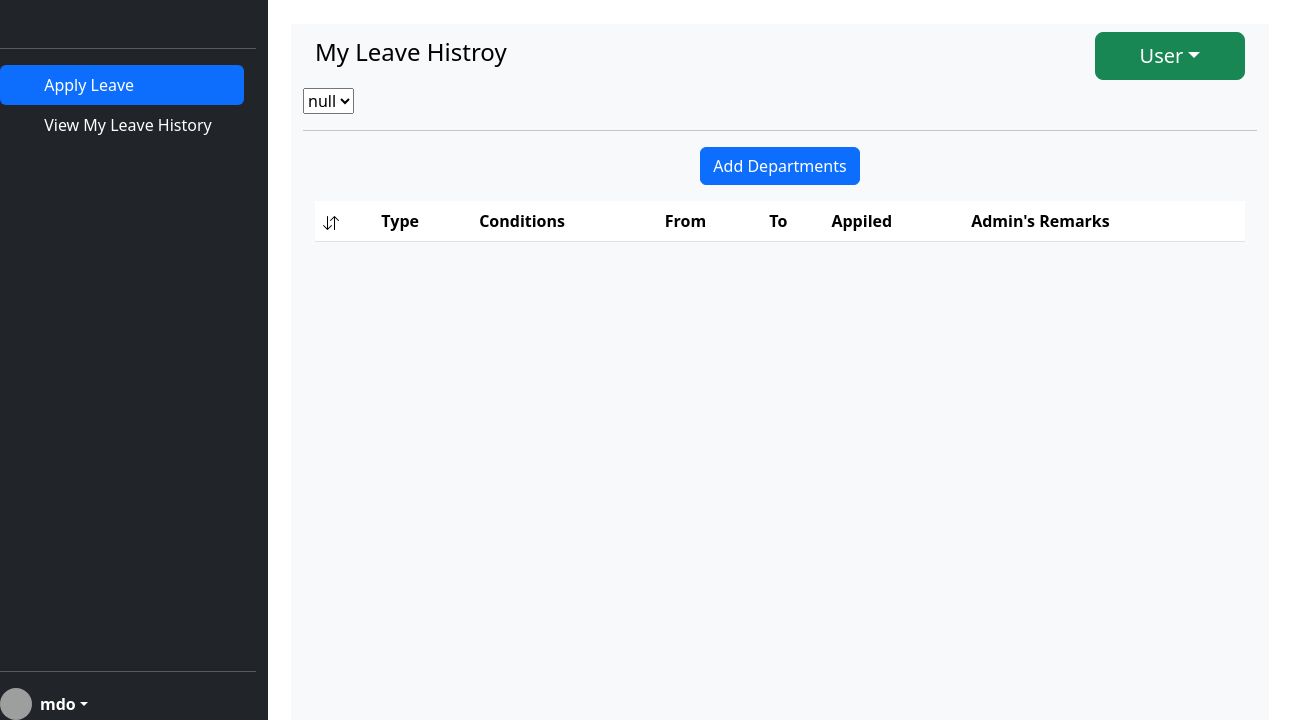
Repository: Ashish4910/Leave-Application-Management
Page: http://localhost/Employee_management/Employee/View_leave_History.jsp
An editor plug-in stored every save of this project. The page is shown before and after the next save, followed by the edit.
The browser window is 1280 px wide. The page is 1292 px wide, so the pictures cover 1292 px, including what lies to the right of the window. The pictures show the whole page.
Pictures or frames that could not be fetched are drawn as grey boxes. The page is served by Tomcat 9. Other server files are loaded and not shown. Queries for data that is not in the repository find no rows.

Above is the page before, as saved 2023-12-02 06:31:09.

### Employee Management Project/Employee_management/src/main/webapp/Employee/View_leave_History.jsp
<!doctype html>
<html lang="en">
<%@ page import="java.sql.*"%>
<head>
<meta charset="utf-8">
<meta name="viewport" content="width=device-width, initial-scale=1">
<title>Admin Dashboard</title>
<link
	href="https://cdn.jsdelivr.net/npm/bootstrap@5.3.2/dist/css/bootstrap.min.css"
	rel="stylesheet"
	integrity="sha384-T3c6CoIi6uLrA9TneNEoa7RxnatzjcDSCmG1MXxSR1GAsXEV/Dwwykc2MPK8M2HN"
	crossorigin="anonymous">
<link rel="stylesheet"
	href="https://cdnjs.cloudflare.com/ajax/libs/font-awesome/6.2.1/css/all.min.css"
	integrity="sha512-MV7K8+y+gLIBoVD59lQIYicR65iaqukzvf/nwasF0nqhPay5w/9lJmVM2hMDcnK1OnMGCdVK+iQrJ7lzPJQd1w=="
	crossorigin="anonymous" referrerpolicy="no-referrer" />

<style type="text/css">
.full-height-sidebar {
	height: 100vh;
	background-color: #111;
	color: white;
}

.custom-width {
	width: 280px;
}

.btn-wider {
	min-width: 150px; /* Adjust the width as needed */
}
}
</style>

</head>
<body>

	<div class="row">
		<div
			class="d-flex flex-column  text-bg-dark  col-lg-2 full-height-sidebar custom-width ">
			<a href="/"
				class="d-flex align-items-center mb-3 mb-md-0 me-md-auto text-white text-decoration-none">
				<svg class="bi pe-none me-2" width="40" height="32">
				<use xlink:href="#bootstrap"></use></svg> <span class="fs-4"> </span>
			</a>
			<hr>
			<ul class="nav nav-pills flex-column mb-auto container-fluid">
				<li class="nav-item"><a href="Employee_dashboard.jsp"
					class="nav-link active" aria-current="page"> <svg
							class="bi pe-none me-2" width="16" height="16">
						<use xlink:href="#home"></use></svg> Apply Leave
				</a></li>
				<li><a href="View_leave_History.jsp"
					class="nav-link text-white"> <svg class="bi pe-none me-2"
							width="16" height="16">
						<use xlink:href="#table"></use></svg> View My Leave History
				</a></li>


			</ul>
			<hr>
			<div class="dropdown">
				<a href="#"
					class="d-flex align-items-center text-white text-decoration-none dropdown-toggle"
					data-bs-toggle="dropdown" aria-expanded="false"> <img
					src="https://github.com/mdo.png" alt="" width="32" height="32"
					class="rounded-circle me-2"> <strong>mdo</strong>
				</a>
				<ul class="dropdown-menu dropdown-menu-dark text-small shadow">
					<li><a class="dropdown-item" href="#">New project...</a></li>
					<li><a class="dropdown-item" href="#">Settings</a></li>
					<li><a class="dropdown-item" href="#">Profile</a></li>
					<li><hr class="dropdown-divider"></li>
					<li><a class="dropdown-item" href="#">Sign out</a></li>
				</ul>
			</div>
		</div>

		<div class="container col-lg-9 bg-light mt-4 right-content">

			<div class="card-body">
				<nav class="navbar navbar-light bg-light">
					<div class="container-fluid">
						<a class="navbar-brand" href="#"><h4>My Leave Histroy</h4></a> <a
							class="navbar-brand" href="#"> <i
							class="fa-solid fa-arrow-up-arrow-down"></i></a>
						<!-- 	<button type="button" class="btn btn-primary"
							style="hight: 200px; width: 200px">Admin</button> -->



						<div class="dropdown nav-item ">
							<a class="btn btn-success dropdown-toggle btn-lg  btn-wider "
								href="#" role="button" data-bs-toggle="dropdown"
								aria-expanded="false">User</a>
							<ul class="dropdown-menu">
								<li><a class="dropdown-item" href="#">Log-Out</a></li>

							</ul>
						</div>
					</div>
				</nav>
			</div>
			<!-- ====================================================================================== -->
			<select name="emailid" id="emailid">
				<a href="login.jsp" class="btn btn-outline-danger">Logout</a>
				<option value=""><p><%=session.getAttribute("email")%></p>
				</option>

				</option>


			</select>

			<!-- ================================================================================================= -->

			<hr>
			<div class="container">
				<div class="text-center mt-3 mb-3">
					<a href="Add_Departments.jsp" class="btn btn-primary ">Add
						Departments</a>

				</div>
				<table class="table">
					<thead>
						<tr>
							<th scope="col"><img src="../Image/arrow-down-up.svg"></th>
							<th scope="col">Type</th>
							<th scope="col">Conditions</th>
							<th scope="col">From</th>
							<th scope="col">To</th>
							<th scope="col">Appiled</th>
							<th scope="col">Admin's Remarks</th>




						</tr>
						<%
						Connection conn = null;
						PreparedStatement pstmt = null;
						String sql = "SELECT * FROM apply_leave";
						ResultSet rs = null;

						try {
							Class.forName("com.mysql.cj.jdbc.Driver");
							conn = DriverManager.getConnection("jdbc:mysql://localhost:3306/employee_management?user=root&password=root123@");
							pstmt = conn.prepareStatement(sql);
							rs = pstmt.executeQuery();
							while (rs.next()) {
						%>
						<tr>
							<td><%=rs.getString("id")%></td>
							<td><%=rs.getString("leave_type")%></td>
							<td><%=rs.getString("long_text")%></td>
							<td><%=rs.getString("start_date")%></td>
							<td><%=rs.getString("end_date")%></td>
							<td><%=rs.getString("end_date")%></td>
							<td>
								<form action="../Department_Delete" method="post">
									<!-- Hidden input to store the Department_id value -->
									<input type="hidden" name="id"
										value="<%=rs.getString("Department_id")%>">
									<!-- Submit button with the trash icon -->
									<button type="submit" class="btn btn-link">
										<i class="fa-solid fa-trash"></i>
									</button>
									<a
										href="Edit_Department.jsp?id=<%=rs.getString("Department_id")%>"
										class=""><i class="fa-solid fa-pen-to-square"></i></a>
								</form>
							</td>


							<!-- Add more columns as needed -->
						</tr>
						<%
						}
						} catch (Exception e) {
						e.printStackTrace();
						} finally {
						if (rs != null) {
						rs.close();
						}
						if (pstmt != null) {
						pstmt.close();
						}
						if (conn != null) {
						conn.close();
						}
						}
						%>

					</tbody>
				</table>
			</div>
		</div>

		<script
			src="https://cdn.jsdelivr.net/npm/bootstrap@5.3.2/dist/js/bootstrap.bundle.min.js"
			integrity="sha384-C6RzsynM9kWDrMNeT87bh95OGNyZPhcTNXj1NW7RuBCsyN/o0jlpcV8Qyq46cDfL"
			crossorigin="anonymous"></script>
</body>
</html>

### Employee Management Project/Employee_management/src/main/webapp/Image/arrow-down-up.svg
<svg xmlns="http://www.w3.org/2000/svg" width="16" height="16" fill="currentColor" class="bi bi-arrow-down-up" viewBox="0 0 16 16">
  <path fill-rule="evenodd" d="M11.5 15a.5.5 0 0 0 .5-.5V2.707l3.146 3.147a.5.5 0 0 0 .708-.708l-4-4a.5.5 0 0 0-.708 0l-4 4a.5.5 0 1 0 .708.708L11 2.707V14.5a.5.5 0 0 0 .5.5m-7-14a.5.5 0 0 1 .5.5v11.793l3.146-3.147a.5.5 0 0 1 .708.708l-4 4a.5.5 0 0 1-.708 0l-4-4a.5.5 0 0 1 .708-.708L4 13.293V1.5a.5.5 0 0 1 .5-.5"/>
</svg>

After the next save:
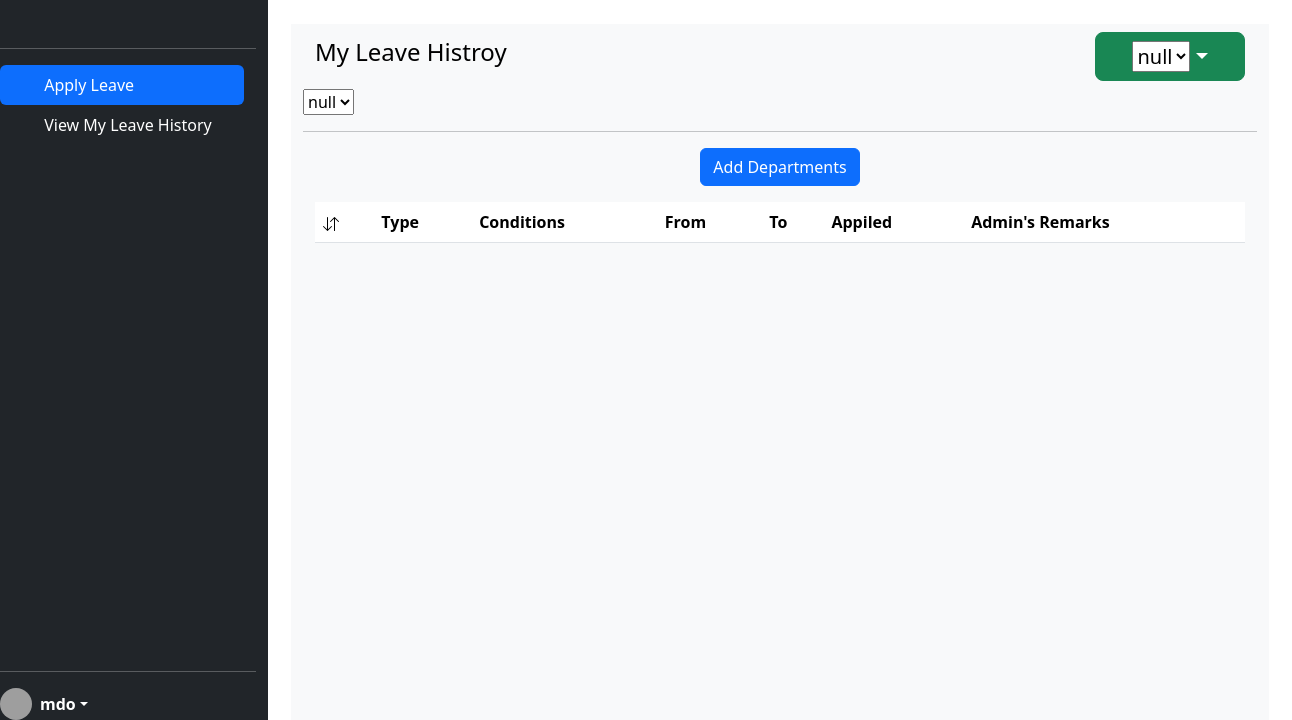
Saved 12 s later.
--- a/Employee Management Project/Employee_management/src/main/webapp/Employee/View_leave_History.jsp
+++ b/Employee Management Project/Employee_management/src/main/webapp/Employee/View_leave_History.jsp
@@ -92,7 +92,15 @@
 						<div class="dropdown nav-item ">
 							<a class="btn btn-success dropdown-toggle btn-lg  btn-wider "
 								href="#" role="button" data-bs-toggle="dropdown"
-								aria-expanded="false">User</a>
+								aria-expanded="false"><select name="emailid" id="emailid">
+									<a href="login.jsp" class="btn btn-outline-danger">Logout</a>
+									<option value=""><p><%=session.getAttribute("email")%></p>
+									</option>
+
+									</option>
+
+
+							</select></a>
 							<ul class="dropdown-menu">
 								<li><a class="dropdown-item" href="#">Log-Out</a></li>
 
